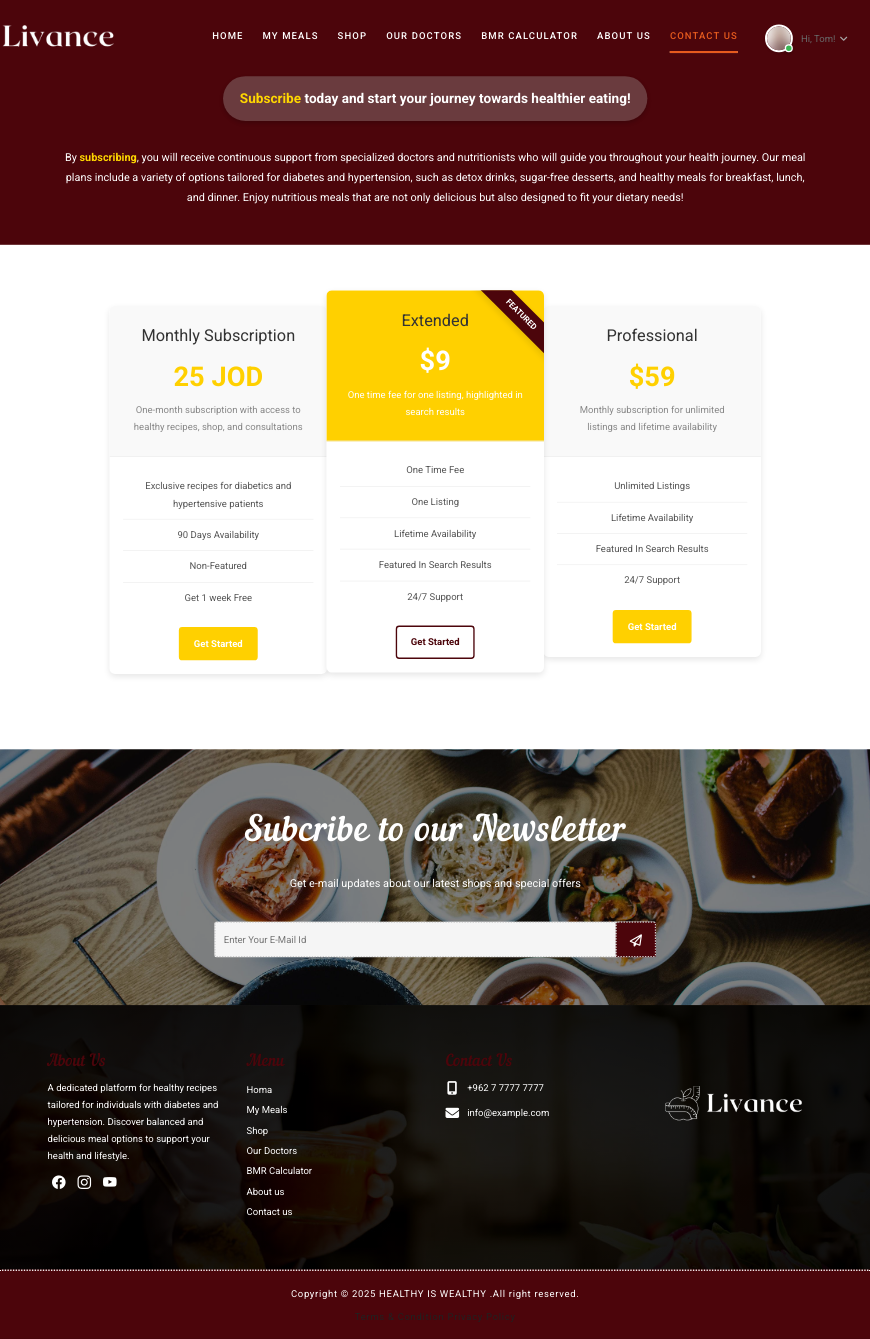
Repository: Surahailat/masterpiece
Page: masterpiece-p1/subsecribe.html
These files come from the project's save history. The page is drawn as it stood at one moment and after the next save; the edit follows.
The browser window is 1280 px wide. The pictures show the whole page, at 68% of full size.
Backgrounds fixed to the window are drawn as part of the page. Some web fonts or font styles are not loaded; a fallback is used. Some web libraries are served in a nearby version.

Above is the page before, as saved 2025-02-12 21:40:06.

After the next save:
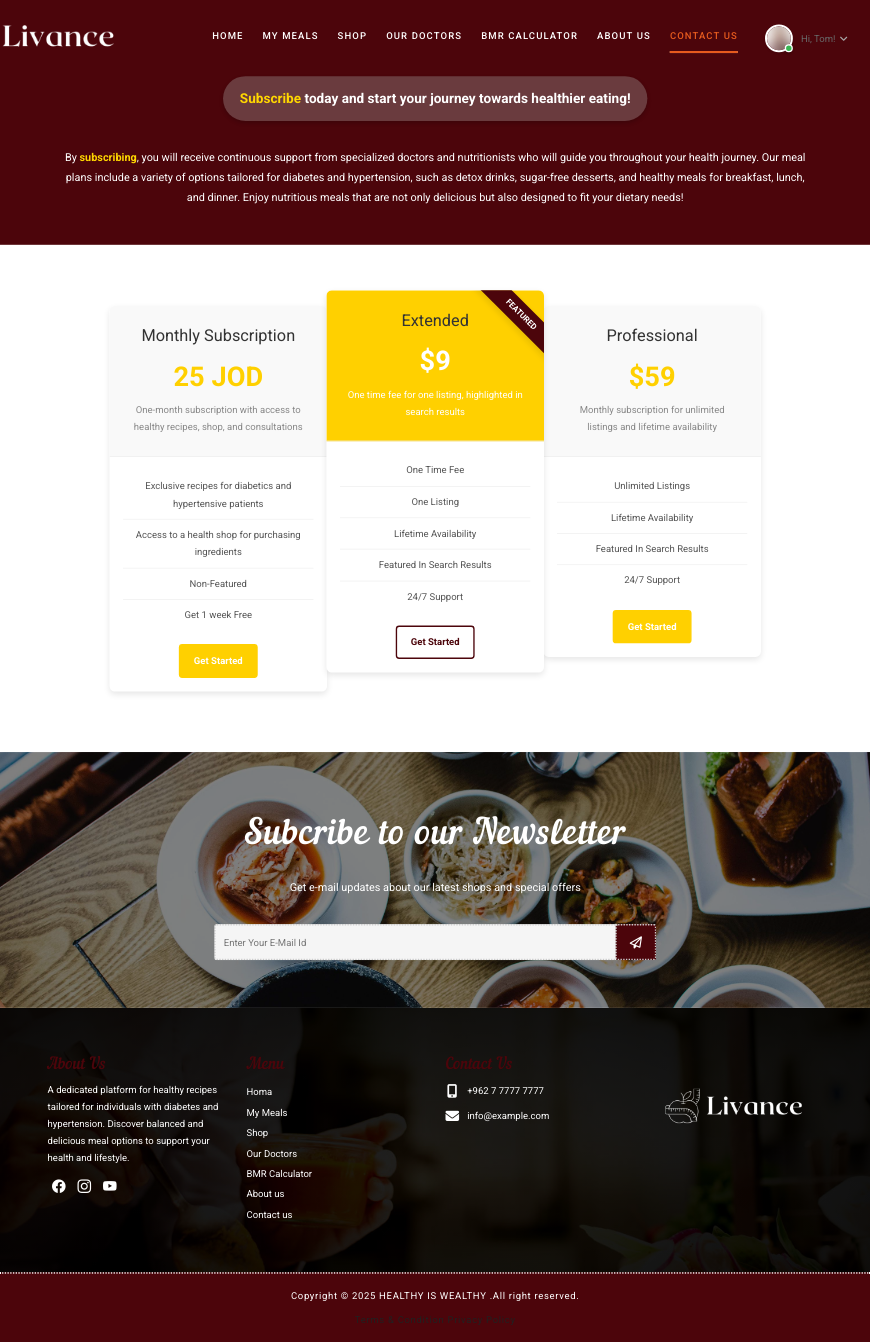
Saved 20 s later.
--- a/masterpiece-p1/subsecribe.html
+++ b/masterpiece-p1/subsecribe.html
@@ -144,7 +144,7 @@
             <div class="plan-features">
                 <ul>
                     <li>Exclusive recipes for diabetics and hypertensive patients</li>
-                    <li>90 Days Availability</li>
+                    <li>Access to a health shop for purchasing ingredients</li>
                     <li>Non-Featured</li>
                     <li>Get 1 week Free </li>
                 </ul>
